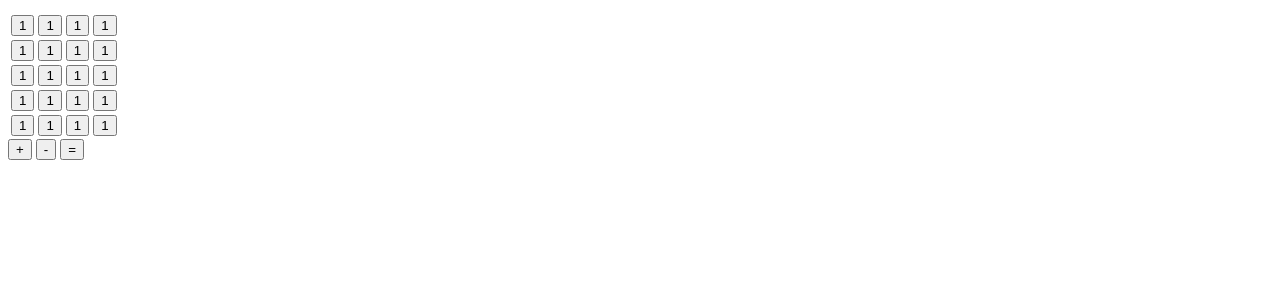
Repository: water-case/Servlet_JSP_JSPMVC
Page: workspace/JSPPrj/src/main/webapp/calc3.html
An editor plug-in stored every save of this project. The page is shown before and after the next save, followed by the edit.
The browser window is 1280 px wide. The pictures show the whole page.

Above is the page before, as saved 2021-08-26 03:49:06.

After the next save:
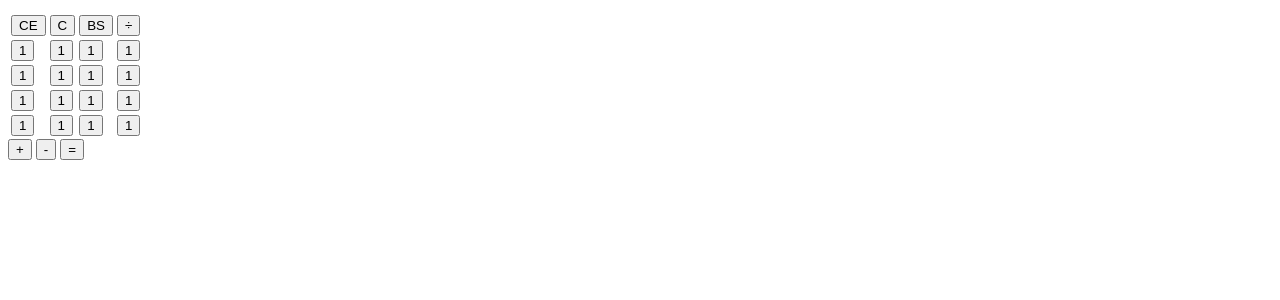
Saved 33 s later.
--- a/workspace/JSPPrj/src/main/webapp/calc3.html
+++ b/workspace/JSPPrj/src/main/webapp/calc3.html
@@ -12,10 +12,10 @@
 					<td></td>
 				</tr>
 				<tr>
-					<td><input type="submit" name="operator" value="1" /></td>
-					<td><input type="submit" name="operator" value="1" /></td>
-					<td><input type="submit" name="operator" value="1" /></td>
-					<td><input type="submit" name="operator" value="1" /></td>
+					<td><input type="submit" name="operator" value="CE" /></td>
+					<td><input type="submit" name="operator" value="C" /></td>
+					<td><input type="submit" name="operator" value="BS" /></td>
+					<td><input type="submit" name="operator" value="÷" /></td>
 				</tr>
 				<tr>
 					<td><input type="submit" name="operator" value="1" /></td>
